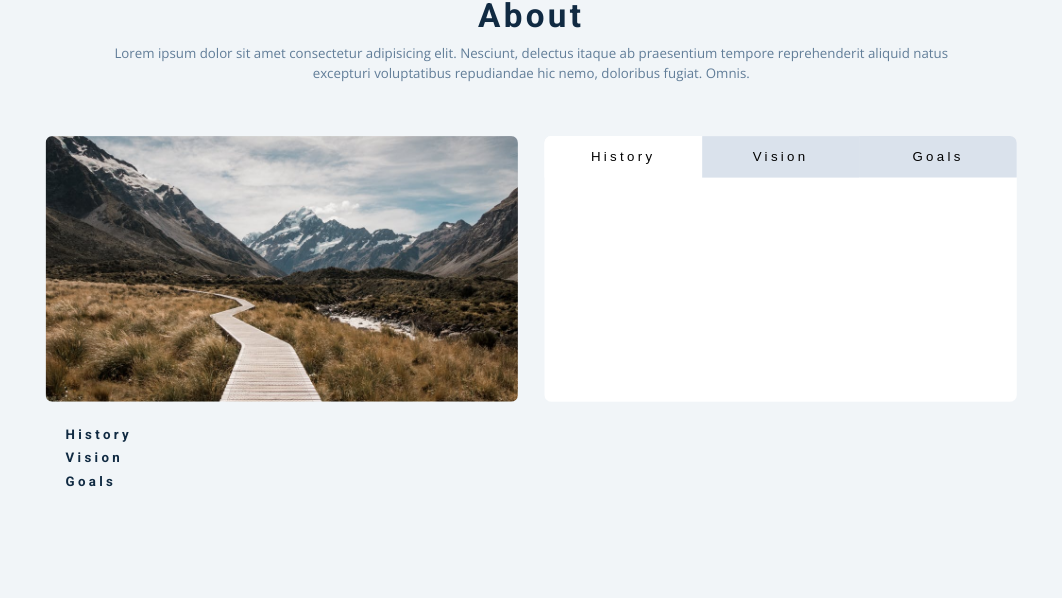
Repository: Kamrangujjar85112/Javascript-Vanilla-Projects
Page: setup/11-tabs/setup/index.html
An editor plug-in stored every save of this project. The page is shown before and after the next save, followed by the edit.
The browser window is 1280 px wide. The pictures show the whole page, at 83% of full size.

Above is the page before, as saved 2022-02-03 13:33:04.

After the next save:
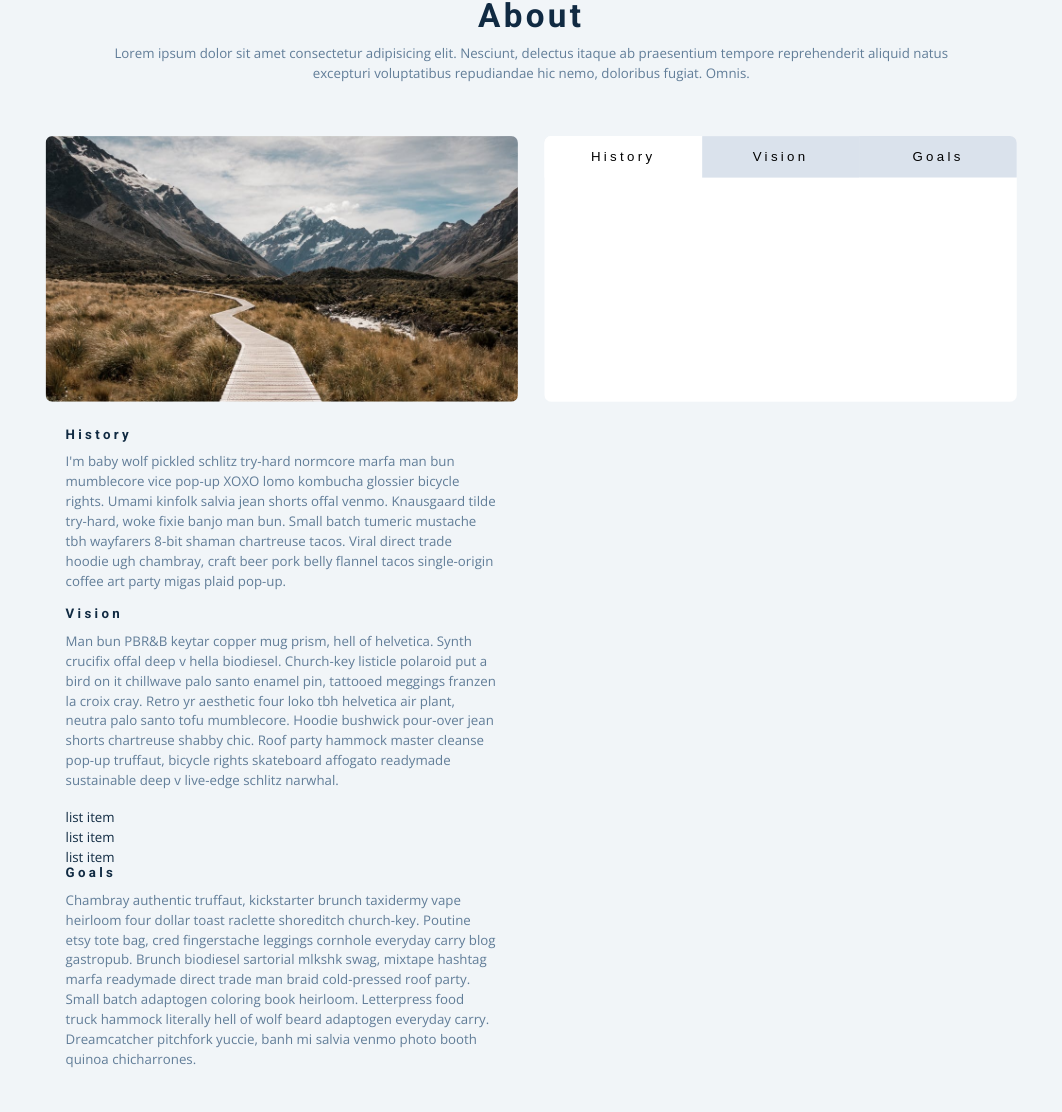
Saved 2 min 24 s later.
--- a/setup/11-tabs/setup/index.html
+++ b/setup/11-tabs/setup/index.html
@@ -32,16 +32,54 @@
         <!-- single item -->
         <div class="content active" id="history">
           <h4>history</h4>
+          <!-- history -->
+          <p>
+            I'm baby wolf pickled schlitz try-hard normcore marfa man bun mumblecore vice
+            pop-up XOXO lomo kombucha glossier bicycle rights. Umami kinfolk salvia jean
+            shorts offal venmo. Knausgaard tilde try-hard, woke fixie banjo man bun. Small
+            batch tumeric mustache tbh wayfarers 8-bit shaman chartreuse tacos. Viral
+            direct trade hoodie ugh chambray, craft beer pork belly flannel tacos
+            single-origin coffee art party migas plaid pop-up.
+          </p>
+
+
+
         </div>
         <!-- end single item -->
         <!-- single item -->
         <div class="content active" id="vision">
           <h4>vision</h4>
+          <!-- vision -->
+          <p>
+            Man bun PBR&B keytar copper mug prism, hell of helvetica. Synth crucifix offal
+            deep v hella biodiesel. Church-key listicle polaroid put a bird on it
+            chillwave palo santo enamel pin, tattooed meggings franzen la croix cray.
+            Retro yr aesthetic four loko tbh helvetica air plant, neutra palo santo tofu
+            mumblecore. Hoodie bushwick pour-over jean shorts chartreuse shabby chic. Roof
+            party hammock master cleanse pop-up truffaut, bicycle rights skateboard
+            affogato readymade sustainable deep v live-edge schlitz narwhal.
+          </p>
+<ul>
+  <li>list item</li>
+  <li>list item</li>
+  <li>list item</li>
+</ul>
         </div>
         <!-- end single item -->
         <!-- single item -->
         <div class="content active" id="goals">
           <h4>goals</h4>
+          <!-- goals -->
+          <p>
+            Chambray authentic truffaut, kickstarter brunch taxidermy vape heirloom four
+            dollar toast raclette shoreditch church-key. Poutine etsy tote bag, cred
+            fingerstache leggings cornhole everyday carry blog gastropub. Brunch biodiesel
+            sartorial mlkshk swag, mixtape hashtag marfa readymade direct trade man braid
+            cold-pressed roof party. Small batch adaptogen coloring book heirloom.
+            Letterpress food truck hammock literally hell of wolf beard adaptogen everyday
+            carry. Dreamcatcher pitchfork yuccie, banh mi salvia venmo photo booth quinoa
+            chicharrones.
+          </p>
         </div>
         <!-- end single item -->
       </article>
